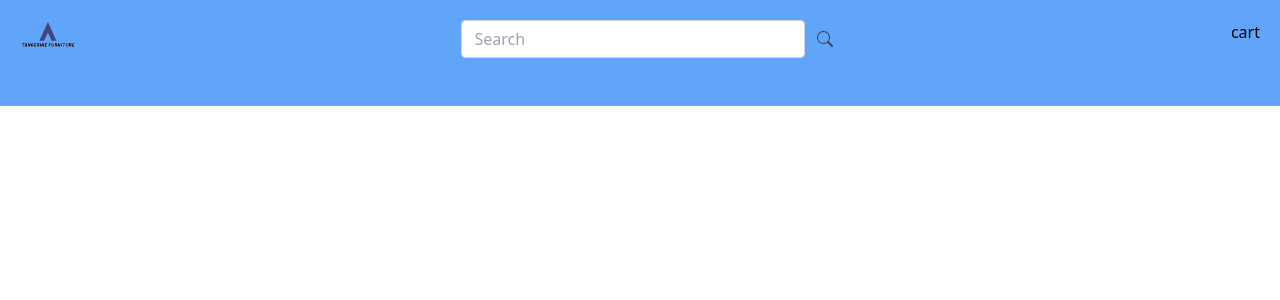
Repository: DevLaukey/Jitu-final
Page: / (app in frontend/)
The author's editor kept a copy of each file at every save. The page is drawn from the files as they stood at one save, then again after the next save.
The browser window is 1280 px wide. The pictures show the whole page.
The project was rebuilt for these pictures with package versions that can differ from the ones it lists, and the page was loaded fresh each time.

Above is the page before, as saved 2022-07-13 12:59:45.

### frontend/src/index.js
import React from 'react';
import ReactDOM from 'react-dom/client';
import './index.css';
import App from './App';
import {store } from './redux/store';
import {Provider} from 'react-redux';
const root = ReactDOM.createRoot(document.getElementById('root'));
root.render(
  <Provider store={store}>
    <App />
  </Provider>
);

### frontend/src/App.js
import Navbar from "./components/Navbar";

function App() {
  return (
    <div className="">
    <Navbar />
    </div>
  );
}

export default App;

### frontend/src/components/Navbar.js
import React from "react";
import logo from "./free-logo-24a54uqo7g-d1y96agntq-removebg-preview.png";
import { BsSearch } from "react-icons/bs";
function Navbar() {
  return (
    <header className="flex justify-between align-middle  p-5 bg-blue-400">
      <div className="">
        <img
          onClick={() => {
            console.log("clicked");
          }}
          className="h-15 w-14"
          src={logo}
          alt=""
          srcset=""
        />
      </div>
      <div class="flex justify-center">
        <div class="mb-3 xl:w-96">
          <div class="input-group relative flex  items-stretch w-full mb-4 rounded">
            <input
              type="search"
              class="form-control relative flex-auto min-w-0 block w-full px-3 py-1.5 text-base font-normal text-gray-700 bg-white bg-clip-padding border border-solid border-gray-300 rounded transition ease-in-out m-0 focus:text-gray-700 focus:bg-white focus:border-blue-600 focus:outline-none"
              placeholder="Search"
              aria-label="Search"
              aria-describedby="button-addon2"
            />
            <span
              class="input-group-text flex items-center px-3 py-1.5 text-base font-normal text-gray-700 text-center whitespace-nowrap rounded"
              id="basic-addon2"
            >
              <BsSearch />
            </span>
          </div>
        </div>
      </div>
      <div className="cart">cart</div>
    </header>
  );
}

export default Navbar;

Loaded but not shown: frontend/public/index.html (common file); frontend/src/index.css (common file); frontend/src/redux/store.js (common file); frontend/tailwind.config.js (common file)

After the next save:
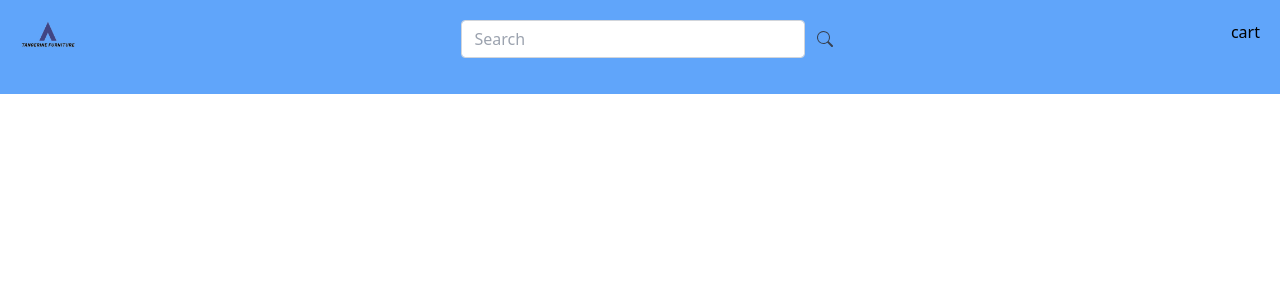
Saved 17 s later.
--- a/frontend/src/components/Navbar.js
+++ b/frontend/src/components/Navbar.js
@@ -16,8 +16,8 @@ function Navbar() {
         />
       </div>
       <div class="flex justify-center">
-        <div class="mb-3 xl:w-96">
-          <div class="input-group relative flex  items-stretch w-full mb-4 rounded">
+        <div class=" xl:w-96">
+          <div class="input-group relative flex   items-stretch w-full mb-4 rounded">
             <input
               type="search"
               class="form-control relative flex-auto min-w-0 block w-full px-3 py-1.5 text-base font-normal text-gray-700 bg-white bg-clip-padding border border-solid border-gray-300 rounded transition ease-in-out m-0 focus:text-gray-700 focus:bg-white focus:border-blue-600 focus:outline-none"
